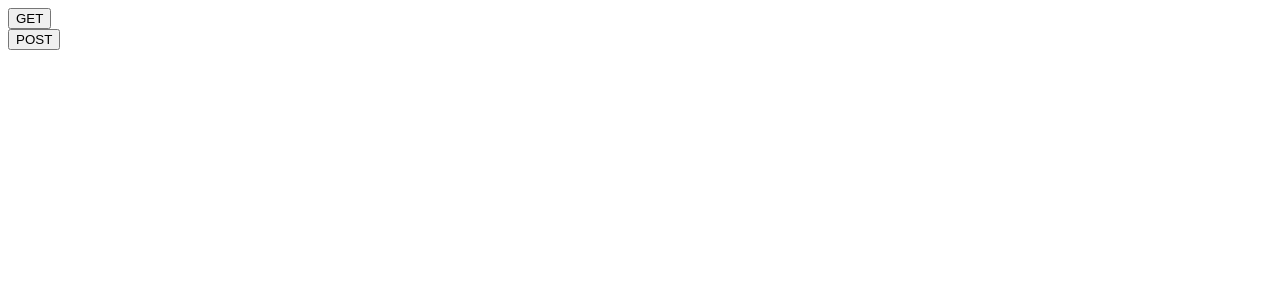
Repository: AdrianSchneble/webeng2
Page: Hello World/WebContent/ViewHelloWorldFrom.html
The author's editor kept a copy of each file at every save. The page is drawn from the files as they stood at one save, then again after the next save.
The browser window is 1280 px wide. The pictures show the whole page.

Above is the page before, as saved 2018-04-09 21:11:05.

After the next save:
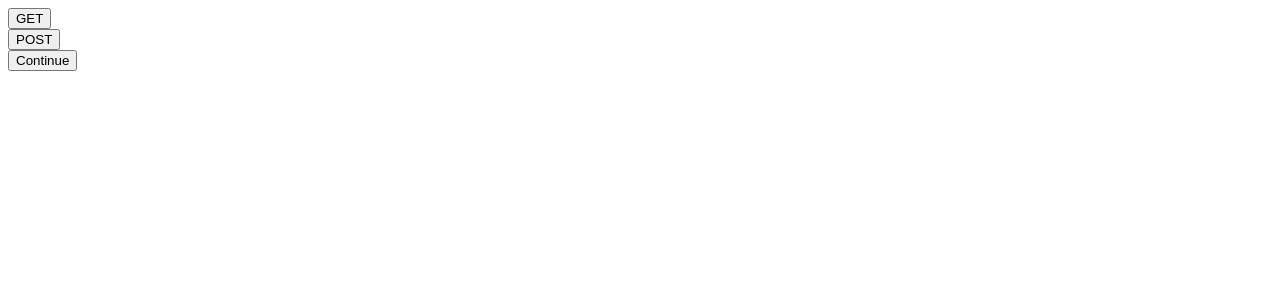
Saved 21 s later.
--- a/Hello World/WebContent/ViewHelloWorldFrom.html
+++ b/Hello World/WebContent/ViewHelloWorldFrom.html
@@ -14,5 +14,9 @@
 		<button type="submit">POST</button>
 	</form>
 
+	<form method="get" action="HelloWorldFrom">
+		<button type="submit">Continue</button>
+	</form>
+
 </body>
 </html>
